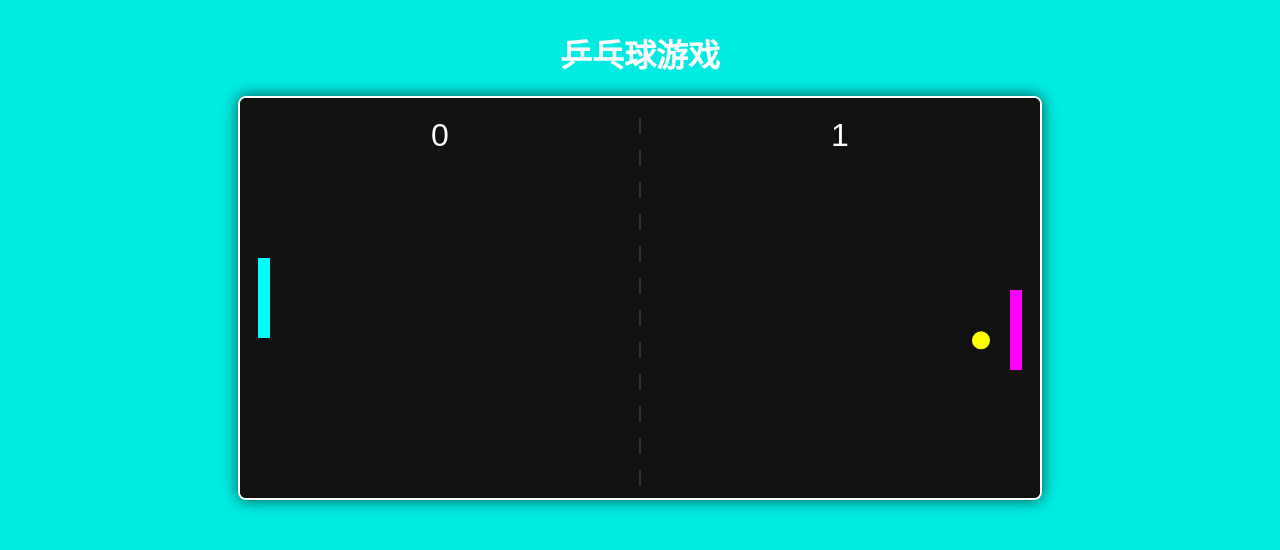
Repository: zjccc123/demo
Page: index.html
The author's editor kept a copy of each file at every save. The page is drawn from the files as they stood at one save, then again after the next save.
The browser window is 1280 px wide. The pictures show the whole page.

Above is the page before, as saved 2025-06-14 18:09:32.

After the next save:
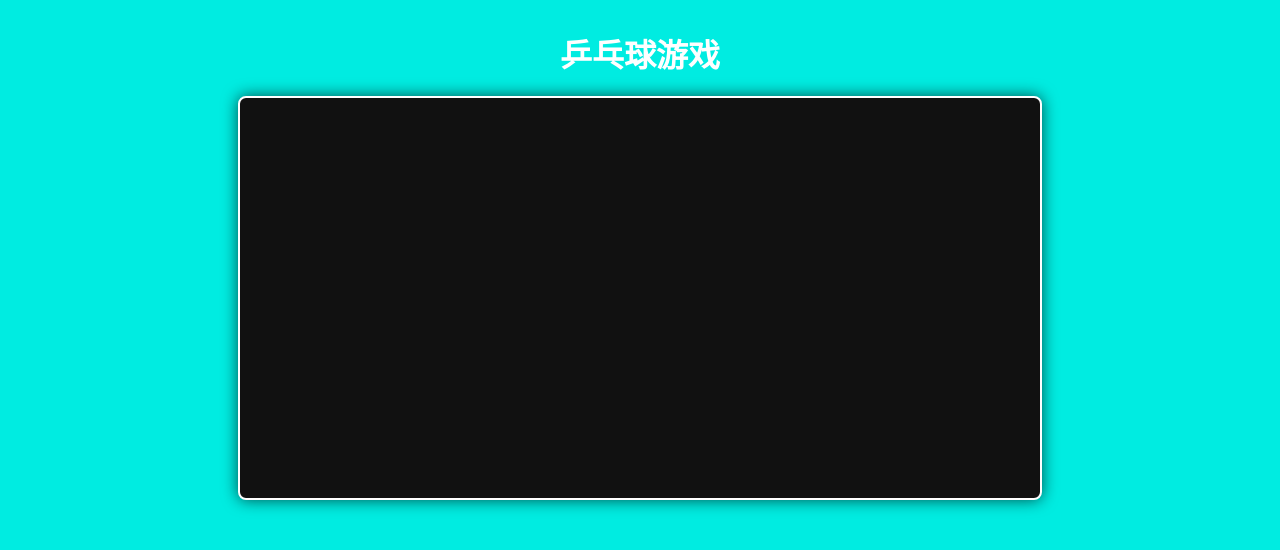
Console error: ReferenceError: canvas is not defined
Saved 35 s later.
--- a/game.js
+++ b/game.js
@@ -1,4 +1,4 @@
-const canvas = document.getElementById('pongCanvas');
+// const canvas = document.getElementById('pongCanvas');
 const ctx = canvas.getContext('2d');
 
 // Game constants
